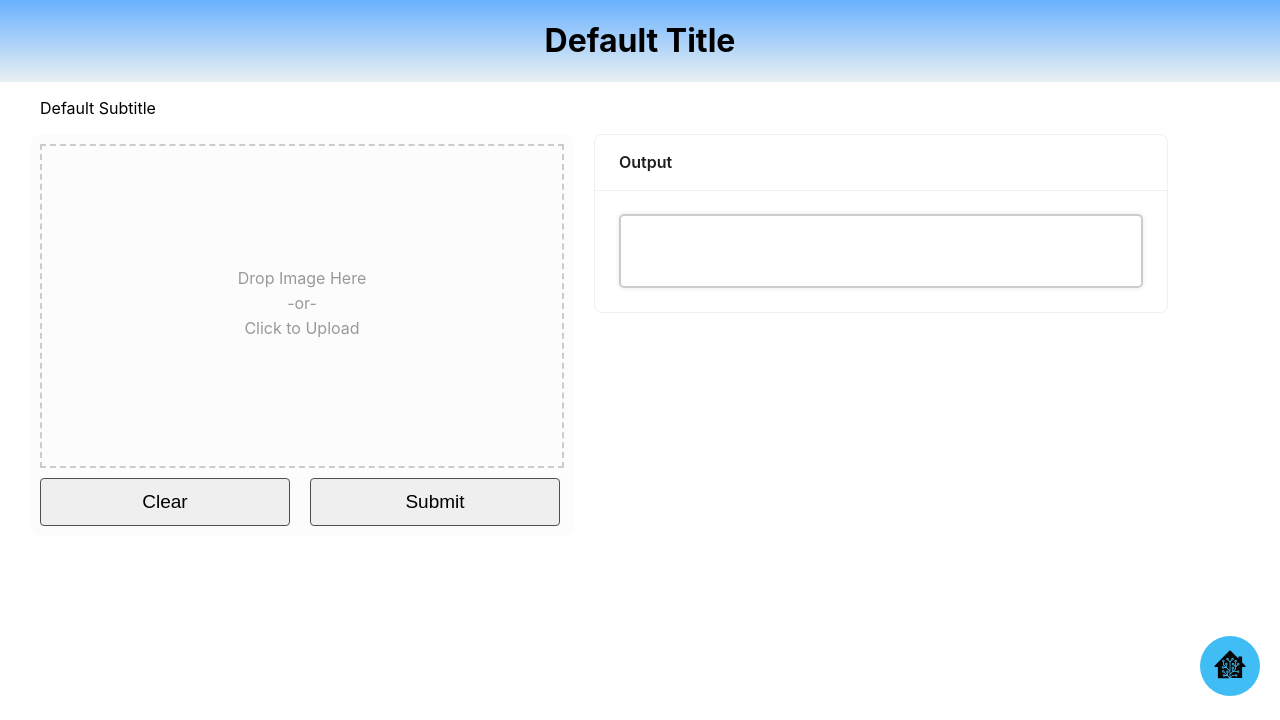
Repository: xshamrose/RAYi-AI
Page: /BreastCancerDetector-app (app in client/)
An editor plug-in stored every save of this project. The page is shown before and after the next save, followed by the edit.
The browser window is 1280 px wide. The pictures show the whole page.
The project was rebuilt for these pictures with package versions that can differ from the ones it lists, and the page was loaded fresh each time. Also part of the build but not shown: client/src/pages/home.css, client/src/pages/Home.js, client/src/pages/Chatbox.js.

Above is the page before, as saved 2024-03-11 14:52:02.

After the next save:
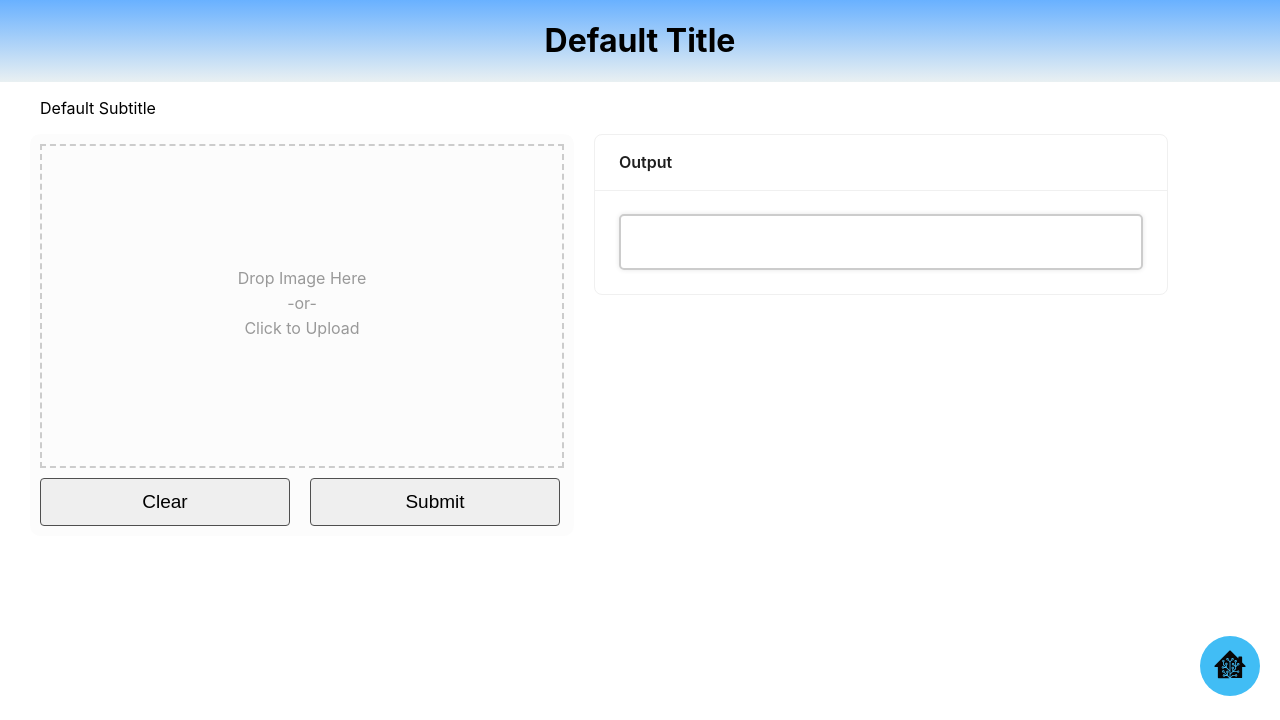
Saved 2 min 23 s later.
--- a/client/src/pages/Candetect.css
+++ b/client/src/pages/Candetect.css
@@ -132,7 +132,7 @@
   .text-area {
     display: flex;
     width: 500px;
-    height: 50px;
+    height: auto;
     padding: 10px;
     border: 2px solid #ccc;
     border-radius: 5px;
